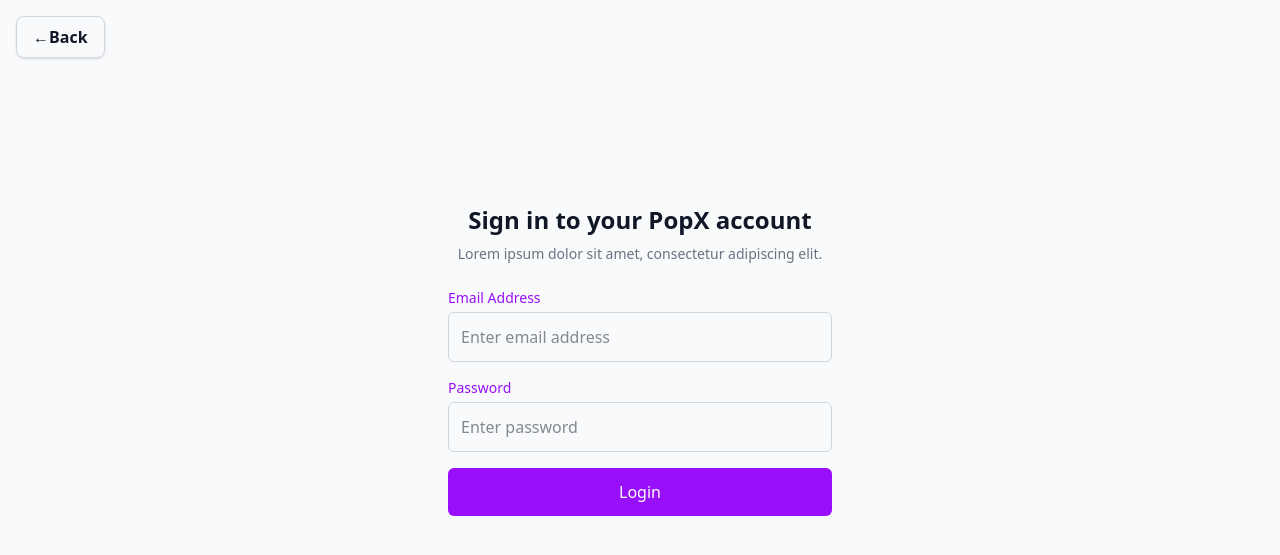
Repository: tanayburbure/inter
Page: /login
The author's editor kept a copy of each file at every save. The page is drawn from the files as they stood at one save, then again after the next save.
The browser window is 1280 px wide. The pictures show the whole page.
The project was rebuilt for these pictures with package versions that can differ from the ones it lists, and the page was loaded fresh each time. Also part of the build but not shown: vite.config.js, src/pages/Welcome.jsx, src/pages/Signup.jsx, src/pages/Account.jsx.

Above is the page before, as saved 2025-06-17 22:59:42.

After the next save:
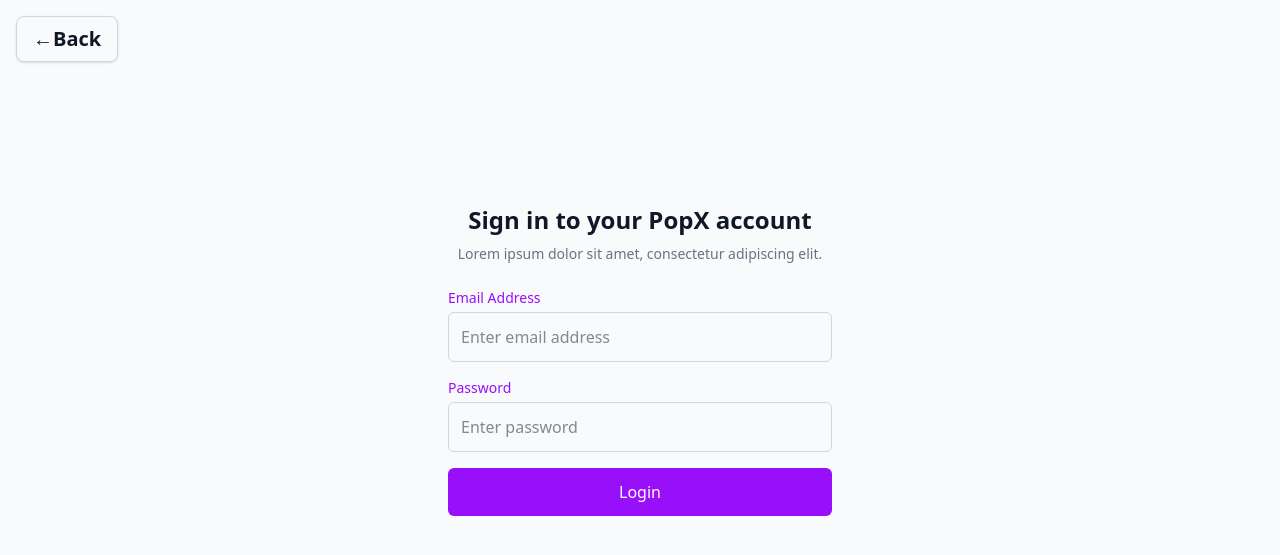
Saved 13 s later.
--- a/src/App.jsx
+++ b/src/App.jsx
@@ -17,7 +17,7 @@
   return (
     <button
       onClick={() => navigate(-1)}
-      className="absolute top-4 left-4 px-4 py-2  border border-gray-300 rounded-lg font-bold shadow text-md hover:bg-[#CEBAFB]"
+      className="absolute top-4 left-4 px-4 py-2 text-xl border border-gray-300 rounded-lg font-bold shadow text-md hover:bg-[#CEBAFB]"
     >
       ←Back
     </button>
